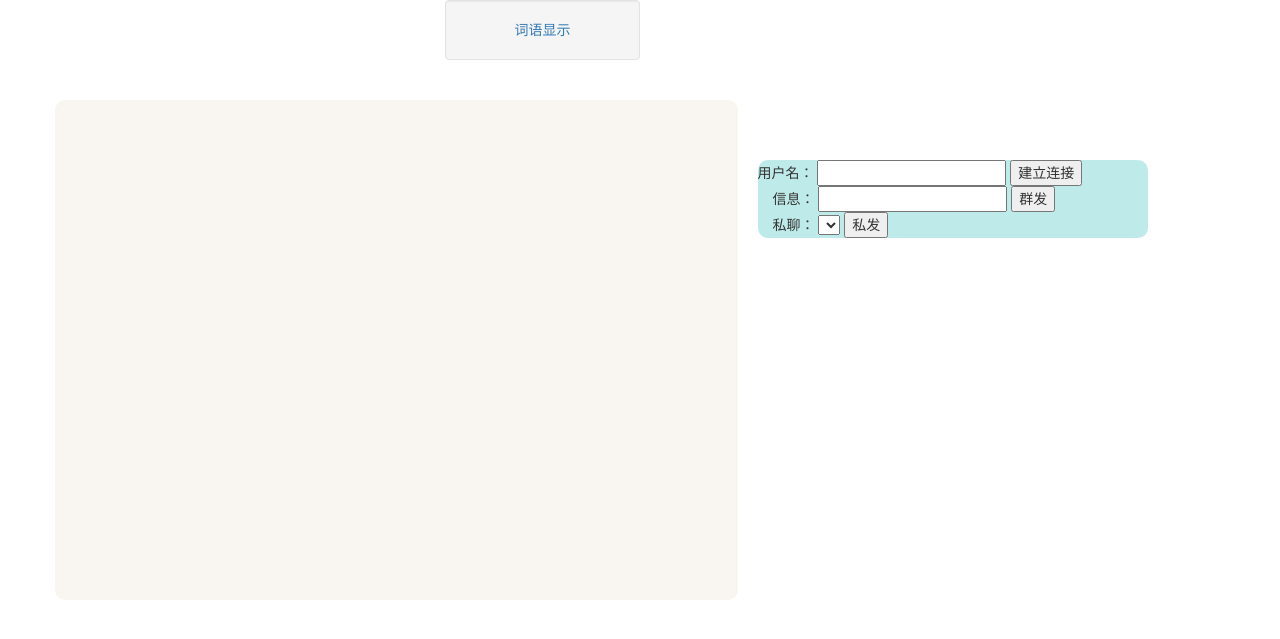
Repository: eheihaha2/whoisthespy-
Page: webDemo/WebContent/room.html
These files come from the project's save history. The page is drawn as it stood at one moment and after the next save; the edit follows.
The browser window is 1280 px wide. The pictures show the whole page.

Above is the page before, as saved 2020-02-26 01:55:57.

### webDemo/WebContent/room.html
<!DOCTYPE html>
<html>
<head>
	<script type="text/javascript" src="js/jquery-1.11.0.min.js"></script>
<script type="text/javascript" src="js/bootstrap.js"></script>
<link rel="stylesheet" href="css/bootstrap.css">
<style type="text/css">
	.show{
			margin-right:0;
			background-color:#f9f6f2;
			height: 500px;
			margin-top:20px;
			border-radius: 10px;
		}
		.mss{
			background-color:#beebe9;
			margin-left:20px;;
			margin-top:80px;
			border-radius: 10px;
		}
}
</style>
	<title></title>
</head>
<body>
	<div class="container">
	<div class="row">
		<div class="well text-center text-primary col-md-2 	col-sm-2 col-md-offset-4">词语显示</div>
	</div>
		<div class="row">
			<div class="col-md-7 col-sm-7 show">
				<div class="info">
				<span class="name"></span>
				<span class="msg"></span>
				</div>
      			<h4 class="userinfo"></h4>
     		</div>
     		<div class="col-md-4 col-sm-4 mss">
     			<div class="row">
				<span>用户名：</span>
      			<input type="text" name="username"/>
     			<button id="connBtn">建立连接</button><br />
     			</div>
			<span>信息：</span>
     		<input type="text" name="info"/>
      		<button id="subBtnAll">群发</button><br />
			<span>私聊：</span>
     		<select id="userList">
			</select>
			<button id="subBtn">私发</button>
			</div>
		</div>
	</div>
</body>
<script type="text/javascript">
	var ws=null;
	var username=null;
	var url="ws://localhost:8080/webDemo/chatRoom/";
		// 后续的消息添加都是用其做二次克隆
      	var info = $(".info").clone();
		//点击建立连接的按钮
      	$("#connBtn").on("click",function(){
      		if("WebSocket" in window){
      			username = $("input[name='username']").val();
      			ws = new WebSocket(url+username);
      			//有了webSocket连接对象之后，我就开始监听消息
      			//服务器端的所有消息都会来到这
      			ws.onmessage = function(evt){
      				var received_msg = evt.data;
      				var jsonReceive_msg = JSON.parse(received_msg);
      				var head = jsonReceive_msg.head;//获得服务器数据，解析数据获得数据类型
      				var data =jsonReceive_msg.data;//真正的data所在
      				switch (head) {
      					case "sendAll":
      					sendAll(data);
      						break;
      					case "sendTo":
      					sendTo(data);
      						break;
      					case "onLine":
      					onLine(data);
      						break;
      					case "userList":
      					userList(data);
      						break;
      					default:
      						break;
      				}
      			}
      		}else{
      			alert("您的浏览器不支持 WebSocket!");
      		}
      	})

      	//细节定义每种功能的数据接口
      	//构建JSON格式发送给服务器：{from:来自谁,msg:消息本身}
      	function sendAll(data){
      		var infoDiv = info.clone();//这个就是我要渲染的dom节点
      		//用于把从服务器端获得的JSON字符串的data解析为原生JS值
      		//var jsonData=JSON.parse(data);
      		infoDiv.find(".name").text("来自于："+data.from+"(群发)");
      		infoDiv.find(".msg").text(data.msg);
      		$(".info").parent().append(infoDiv);
      	}
      	// 构建JSON格式发送给服务器：{from:来自谁,msg:消息本身}
      	function sendTo(data){
      		var infoDiv = info.clone();//这个就是我要渲染的dom节点
      		infoDiv.find(".name").text("来自于："+data.from+"(私发)");
      		infoDiv.find(".msg").text(data.msg);
      		$(".info").parent().append(infoDiv);
      	}
      	// 构建JSON格式发送给服务器：{name:上线人姓名}
      	function onLine(data){
      	//$(".userinfo").empty();
      	console.log(data);
      	$(".userinfo").append("【"+data.name+"上线了】");
      	}
      	// 构建JSON格式发送给服务器：[用户1,用户2]
      	function userList(data){
      		$("#userList").empty();
      		var jsonData=JSON.parse(data);
      		$("#userList").append("<option>请选择</option>");
      		$.each(jsonData,function(index,item){
      			$("#userList").append("<option value="+item+">"+item+"</option>");
      		})
      	}

      	//点击群发按钮
      	$("#subBtnAll").on("click",function(){
      		//var sentName = $("input[name='username']").val();
      		var msg = $("input[name='info']").val();
      		console.log(msg);
      		var jsonMsg={
      			"head":"sendAll",
      			"data":msg
      			//"from":sentName,
      			//"msg":msg
      		}
      		console.log(jsonMsg);
      		//var subAllEnd =JSON.stringify(jsonMsg);
      		ws.send(JSON.stringify(jsonMsg));
      	})
      	//点击私发按钮
      	$("#subBtn").on("click",function(){
      		var msg=$("input[name=info]").val();
      		var toUser=$("#userList").val();
      		console.log(toUser);
      		var jsonMsg={
      			"head":"sendTo",
      			"data":{
      				"to":toUser,
      				"msg":msg
      			}
      		}
      		console.log(jsonMsg);
      		ws.send(JSON.stringify(jsonMsg));
      	})
</script>
</html>

Loaded but not shown: webDemo/WebContent/js/jquery-1.11.0.min.js (library); webDemo/WebContent/js/bootstrap.js (library); webDemo/WebContent/css/bootstrap.css (library)

After the next save:
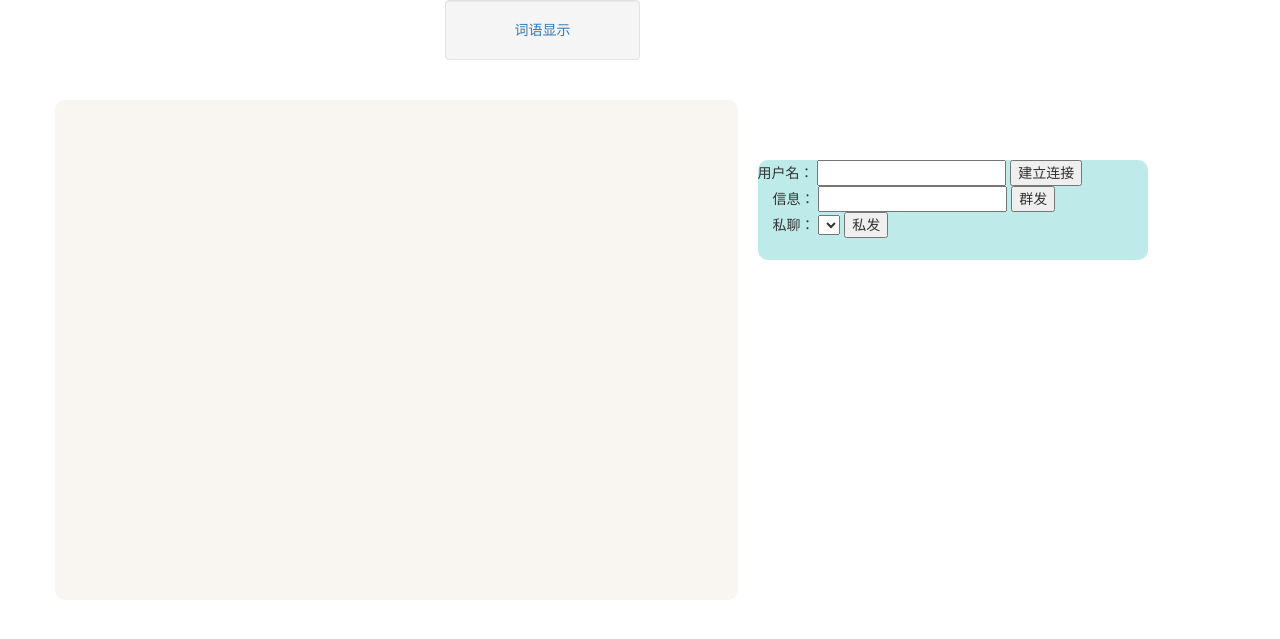
Saved 77 s later.
--- a/webDemo/WebContent/room.html
+++ b/webDemo/WebContent/room.html
@@ -14,6 +14,7 @@
 		}
 		.mss{
 			background-color:#beebe9;
+			height:100px;
 			margin-left:20px;;
 			margin-top:80px;
 			border-radius: 10px;
